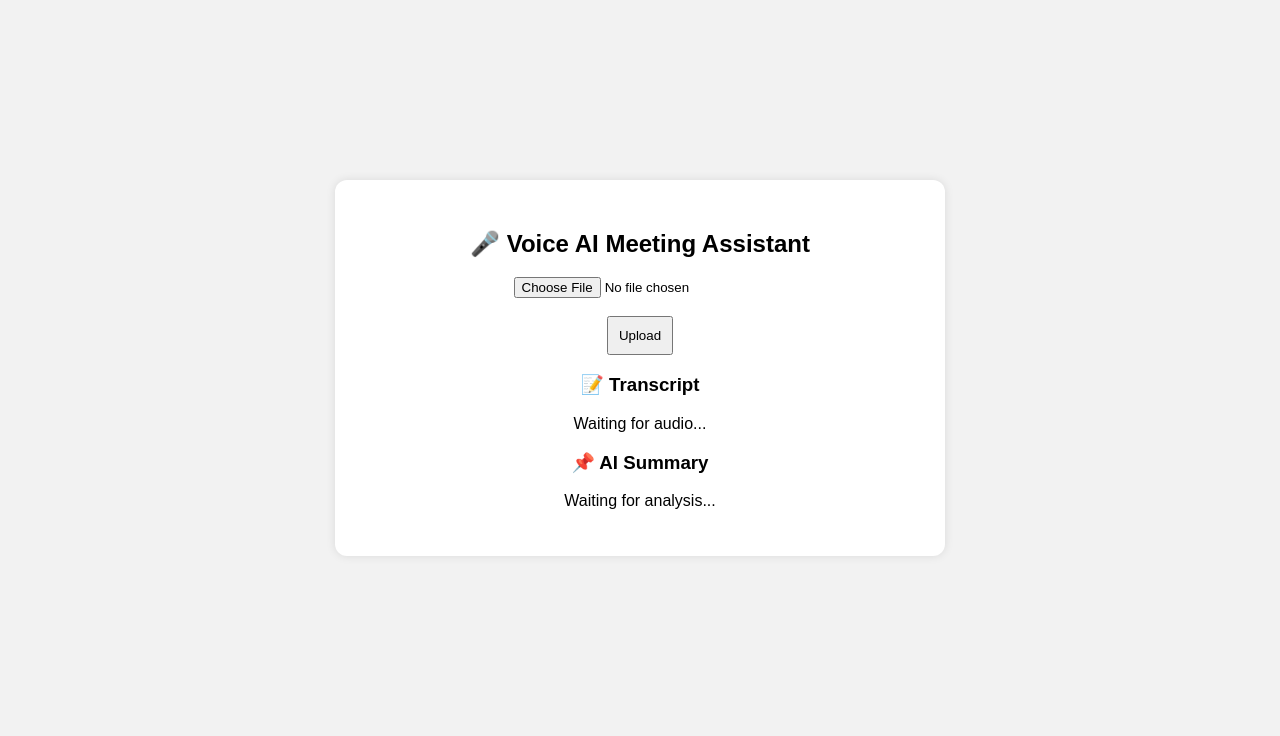
Repository: MujtabaHabib/Voice-AI-Meeting-Assistant
Page: index.html
An editor plug-in stored every save of this project. The page is shown before and after a run of saves, followed by the edit.
The browser window is 1280 px wide. The pictures show the whole page.

Above is the page before, as saved 2026-02-01 22:10:01.

### index.html
<!DOCTYPE html>
<html lang="en">
<head>
    <meta charset="UTF-8">
    <meta name="viewport" content="width=device-width, initial-scale=1.0">
    <link rel="stylesheet" href="style.css">
    <title>Voice AI Agent</title>
</head>
<body>
    <div class="container">
    <h2>🎤 Voice AI Meeting Assistant</h2>

    <input type="file" name="file" id="audioFile">
    <br><br>
    <button onclick="send()">Upload</button>

    <div class="box">
        <h3>📝 Transcript</h3>
        <p id="transcript">Waiting for audio...</p>
    </div>

    <div class="box">
        <h3>📌 AI Summary</h3>
        <p id="summary">Waiting for analysis...</p>
    </div>
</div>
<script>
    async function send() {
        const file = document.getElementById("audioFile").files[0]
        const form = new FormData()
        form.append("file",file)

        document.getElementById("transcript").innerText = "processing..."
        document.getElementById("summary").innerText = "AI is thinking.."

    const res = await fetch("http://127.0.0.1:8000/voice-agent",{
        method : "POST",
        body : form
    })

    const data = await res.json()

    document.getElementById("transcript").innerText = data.transcript
    document.getElementById("summary").innerText = data.summary
}
</script>
</body>
</html>

### style.css
body{
    font-family:Arial,sans-serif;
    height: 100vh;
    background-color: #f2f2f2;
    display: flex;
    align-items: center;
    justify-content: center;
}

.container{
    background-color: white;
    padding: 30px;
    width: 550px;
    border-radius: 12px;
    box-shadow: 0 0 10px rgba(0,0,0,0.1);
    text-align: center;
}

button{
    padding: 10px 10px;
}

After the next 2 saves:
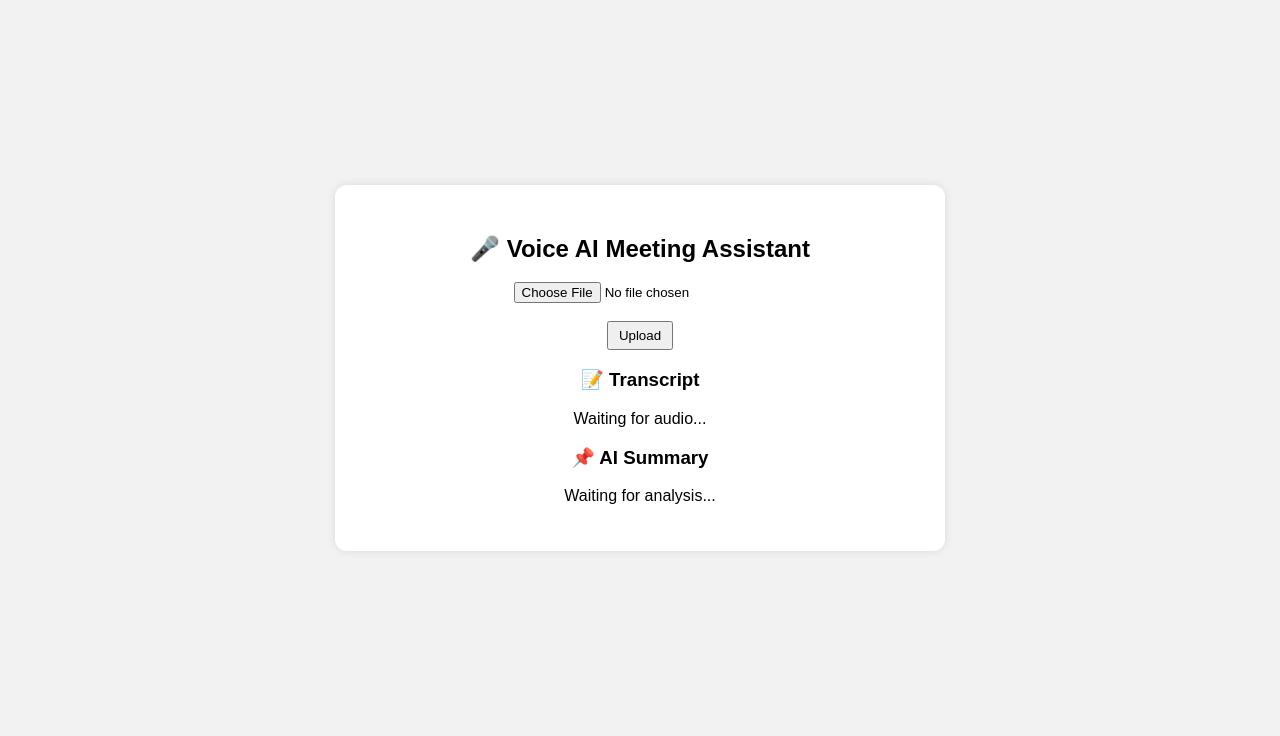
The 2 saves are shown as one change because they came seconds apart.
The last was saved 6 s later.
--- a/style.css
+++ b/style.css
@@ -17,5 +17,5 @@ body{
 }
 
 button{
-    padding: 10px 10px;
+    padding: 5px 10px;
 }
